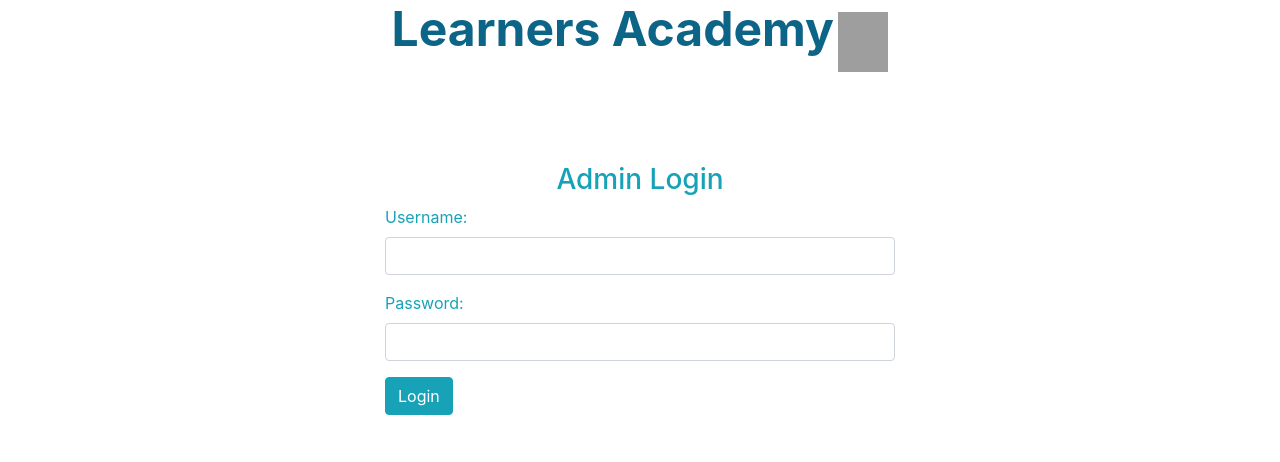
Repository: sindurup/Phase2Project
Page: http://localhost/LearnersAcademyPro/Login.jsp
These files come from the project's save history. The page is drawn as it stood at one moment and after the next save; the edit follows.
The browser window is 1280 px wide. The pictures show the whole page.
Pictures or frames that could not be fetched are drawn as grey boxes. The page is served by Tomcat 9.

Above is the page before, as saved 2021-09-28 06:52:25.

After the next save:
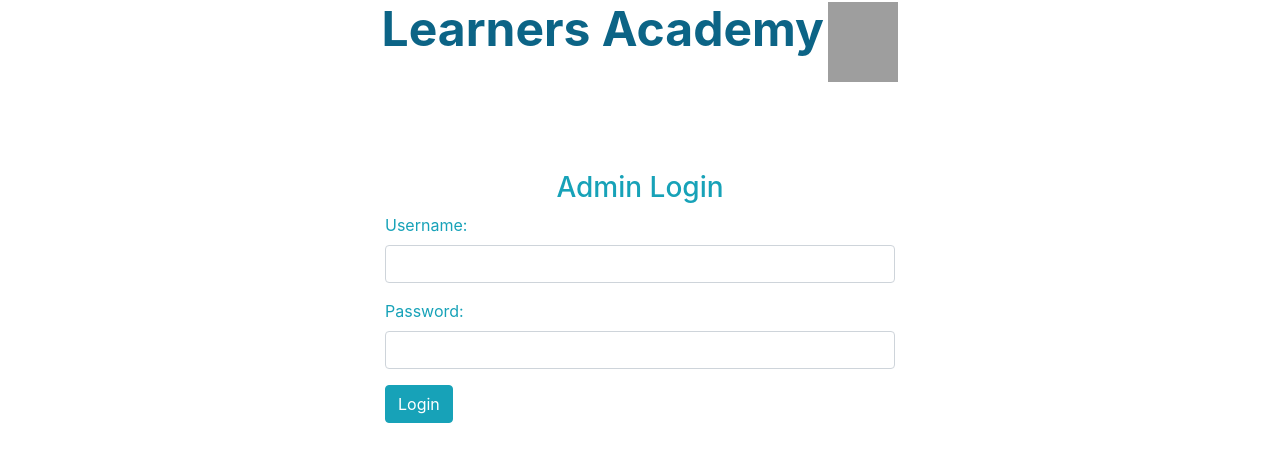
Saved 32 s later.
--- a/LearnersAcademyPro/src/main/webapp/Login.jsp
+++ b/LearnersAcademyPro/src/main/webapp/Login.jsp
@@ -53,7 +53,7 @@ function required()
 <body>
 
  <div align="center"><label ><h1 class="text-center text-info"><font color="0C6486" size="50px"><b>Learners Academy</b></font></h1></label>
- <img src="D:\Phase2Project\LearnersAcademyPro\1.png" style="width:50px;height:60px;" align="middle"></div>
+ <img src="D:\Phase2Project\LearnersAcademyPro\1.png" style="width:70px;height:80px;" align="middle"></div>
     <div id="login">
         <h3 class="text-center text-white pt-5">Login form</h3>
         <div class="container">
